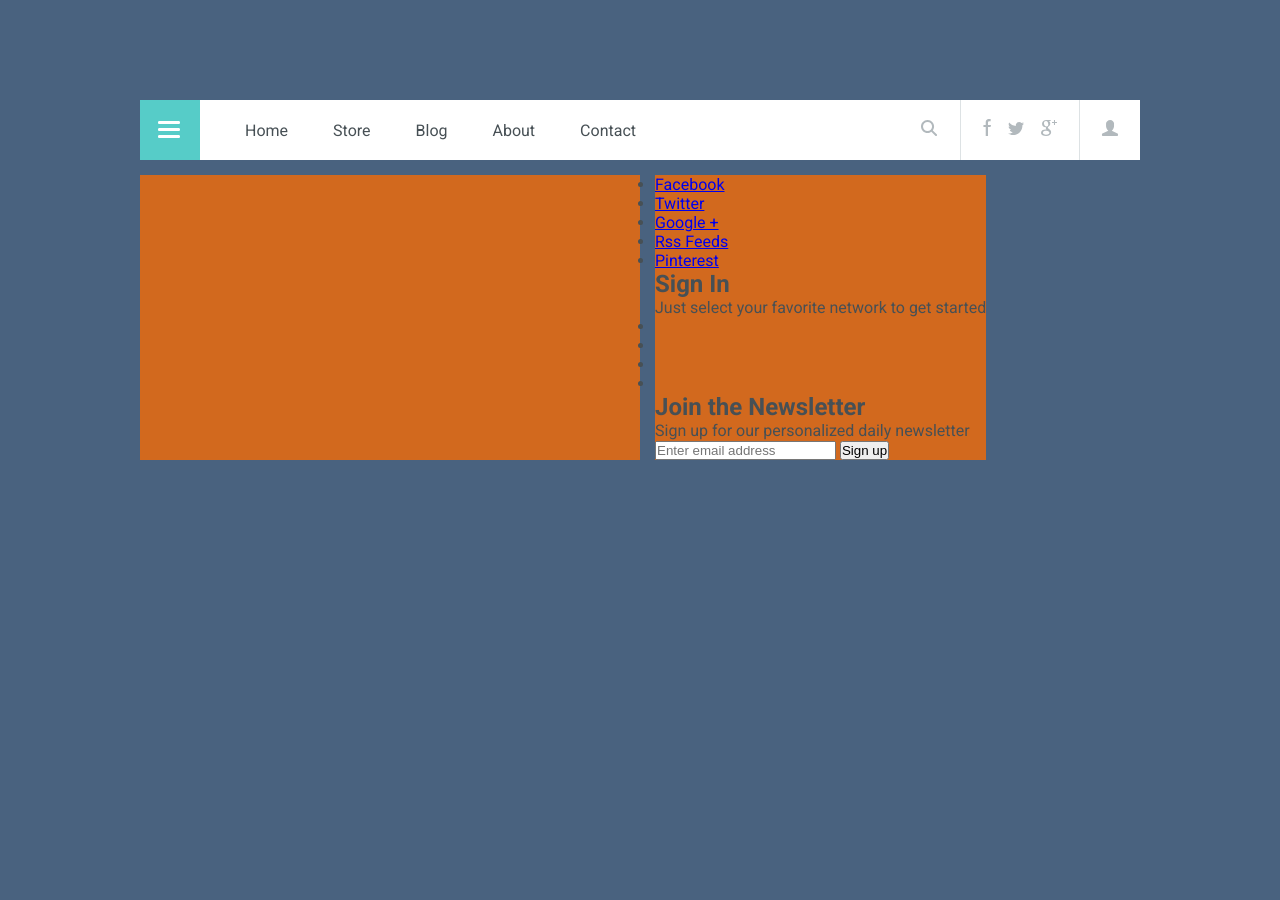
Repository: pawelczubak/WeeklyWebDevChallenge
Page: Challenge_4/index.html
An editor plug-in stored every save of this project. The page is shown before and after the next save, followed by the edit.
The browser window is 1280 px wide. The pictures show the whole page.
Some web libraries are served in a nearby version.

Above is the page before, as saved 2020-04-27 19:42:31.

### Challenge_4/index.html
<!DOCTYPE html>
<html lang="en">

<head>
    <meta charset="UTF-8">
    <meta name="viewport" content="width=device-width, initial-scale=1.0">

    <title>Weekly WebDev Challenge - 4</title>

    <link href="https://fonts.googleapis.com/css2?family=Roboto:wght@300;400;700&display=swap" rel="stylesheet">
    <script src="https://kit.fontawesome.com/f64caa1a2c.js" crossorigin="anonymous"></script>

    <meta name="viewport" content="width = device-width, initial-scale=1, user-scalable=yes">
    <link rel="stylesheet" href="css/main.css">
</head>

<body>
    <div class="container">
        <!--  -----  NAVIGATION START  -----  -->
        <nav class="nav">
            <div class="nav-button">

                <svg xmlns="http://www.w3.org/2000/svg" xmlns:xlink="http://www.w3.org/1999/xlink" width="0.24in"
                    height="0.18in">
                    <path fill-rule="evenodd" fill="rgb(255, 255, 255)"
                        d="M20.653,17.008 L1.347,17.008 C0.603,17.008 -0.000,16.417 -0.000,15.690 L-0.000,15.372 C-0.000,14.644 0.603,14.055 1.347,14.055 L20.653,14.055 C21.397,14.055 22.000,14.644 22.000,15.372 L22.000,15.690 C22.000,16.417 21.397,17.008 20.653,17.008 ZM20.653,9.980 L1.347,9.980 C0.603,9.980 -0.000,9.390 -0.000,8.662 L-0.000,8.344 C-0.000,7.617 0.603,7.027 1.347,7.027 L20.653,7.027 C21.397,7.027 22.000,7.617 22.000,8.344 L22.000,8.662 C22.000,9.390 21.397,9.980 20.653,9.980 ZM20.653,2.952 L1.347,2.952 C0.603,2.952 -0.000,2.362 -0.000,1.635 L-0.000,1.317 C-0.000,0.589 0.603,-0.001 1.347,-0.001 L20.653,-0.001 C21.397,-0.001 22.000,0.589 22.000,1.317 L22.000,1.635 C22.000,2.362 21.397,2.952 20.653,2.952 Z" />
                </svg>

            </div>
            <ul class="nav-list">
                <li class="nav-list__item"><a href="#" class="nav-list__link">Home</a></li>
                <li class="nav-list__item"><a href="#" class="nav-list__link">Store</a></li>
                <li class="nav-list__item"><a href="#" class="nav-list__link">Blog</a></li>
                <li class="nav-list__item"><a href="#" class="nav-list__link">About</a></li>
                <li class="nav-list__item"><a href="#" class="nav-list__link">Contact</a></li>
            </ul>
            <div class="nav-icons">
                <div class="nav-icons__search">
                    <a href="#" class="nav-link__icon">
                        <svg xmlns="http://www.w3.org/2000/svg" xmlns:xlink="http://www.w3.org/1999/xlink"
                            width="0.18in" height="0.17in">
                            <path class="nav-icons__svg" fill-rule="evenodd" fill="rgb(178, 185, 189)"
                                d="M15.728,14.309 L11.786,10.388 C12.600,9.303 13.088,7.963 13.088,6.504 C13.088,2.908 10.157,-0.006 6.541,-0.006 C2.926,-0.006 -0.005,2.908 -0.005,6.504 C-0.005,10.100 2.926,13.014 6.541,13.014 C7.963,13.014 9.275,12.558 10.349,11.793 L14.304,15.726 C14.697,16.117 15.335,16.117 15.728,15.726 C16.121,15.335 16.121,14.700 15.728,14.309 ZM6.541,11.011 C4.038,11.011 2.009,8.994 2.009,6.504 C2.009,4.015 4.038,1.996 6.541,1.996 C9.044,1.996 11.073,4.015 11.073,6.504 C11.073,8.994 9.044,11.011 6.541,11.011 Z" />
                        </svg>
                    </a>
                </div>
                <ul class="nav-icons__social-list">
                    <li class="nav-icons__social-icons">
                        <a href="#" class="nav-link__icon">
                            <svg xmlns="http://www.w3.org/2000/svg" xmlns:xlink="http://www.w3.org/1999/xlink"
                                width="0.09in" height="0.18in">
                                <path class="nav-icons__svg" fill-rule="evenodd" fill="rgb(178, 185, 189)"
                                    d="M7.672,0.063 L6.069,0.063 C6.069,0.063 2.724,-0.188 2.724,3.338 C2.724,4.092 2.724,6.011 2.724,6.011 L0.453,6.011 L0.459,7.910 L2.723,7.910 L2.725,17.002 L5.000,17.002 L5.000,7.910 L7.507,7.910 L8.042,6.011 L5.013,6.011 L5.013,3.266 C5.013,3.266 4.988,2.341 6.072,2.341 L7.662,2.341 L7.672,0.063 Z" />
                            </svg>
                        </a>
                    </li>
                    <li class="nav-icons__social-icons">
                        <a href="#" class="nav-link__icon">
                            <svg xmlns="http://www.w3.org/2000/svg" xmlns:xlink="http://www.w3.org/1999/xlink"
                                width="0.17in" height="0.14in">
                                <path class="nav-icons__svg" fill-rule="evenodd" fill="rgb(178, 185, 189)"
                                    d="M16.027,1.547 C15.437,1.809 14.803,1.985 14.138,2.065 C14.817,1.659 15.338,1.015 15.584,0.250 C14.949,0.625 14.245,0.898 13.497,1.046 C12.897,0.408 12.043,0.009 11.097,0.009 C9.282,0.009 7.810,1.478 7.810,3.291 C7.810,3.547 7.839,3.799 7.895,4.039 C5.163,3.901 2.741,2.595 1.119,0.611 C0.837,1.095 0.674,1.658 0.674,2.259 C0.674,3.398 1.255,4.402 2.137,4.990 C1.598,4.974 1.091,4.825 0.648,4.579 C0.647,4.593 0.647,4.606 0.647,4.621 C0.647,6.211 1.781,7.537 3.285,7.838 C3.009,7.913 2.718,7.953 2.418,7.953 C2.207,7.953 2.000,7.933 1.800,7.894 C2.218,9.198 3.432,10.147 4.871,10.172 C3.746,11.053 2.328,11.578 0.788,11.578 C0.523,11.578 0.261,11.562 0.004,11.531 C1.459,12.462 3.187,13.006 5.043,13.006 C11.089,13.006 14.395,8.006 14.395,3.671 C14.395,3.529 14.393,3.387 14.387,3.246 C15.029,2.783 15.586,2.206 16.027,1.547 Z" />
                            </svg>
                        </a>
                    </li>
                    <li class="nav-icons__social-icons">
                        <a href="#" class="nav-link__icon">
                            <svg xmlns="http://www.w3.org/2000/svg" xmlns:xlink="http://www.w3.org/1999/xlink"
                                width="0.18in" height="0.18in">
                                <path class="nav-icons__svg" fill-rule="evenodd" fill="rgb(178, 185, 189)"
                                    d="M15.006,4.015 L15.006,5.999 L13.966,5.999 L13.966,4.015 L11.997,4.015 L11.997,3.013 L13.966,3.013 L13.966,0.971 L15.006,0.971 L15.006,3.013 L17.010,3.013 L17.010,4.015 L15.006,4.015 ZM8.900,2.055 C9.780,2.557 10.247,3.589 10.247,4.730 C10.247,5.777 9.666,6.620 8.845,7.259 C8.043,7.884 7.891,8.145 7.891,8.676 C7.891,9.129 8.849,9.803 9.290,10.132 C10.823,11.279 11.112,12.000 11.134,13.433 C11.162,15.338 9.199,17.001 6.054,17.001 C3.294,17.001 0.982,15.749 0.982,13.959 C0.982,11.258 2.897,10.385 5.657,10.385 C5.958,10.385 6.233,10.377 6.518,10.377 C6.141,10.013 5.836,9.697 5.836,9.144 C5.836,8.815 5.940,8.501 6.087,8.221 C5.938,8.231 5.785,8.241 5.627,8.241 C3.360,8.241 2.041,6.653 2.041,4.664 C2.041,2.715 4.050,0.969 6.459,0.969 C7.701,0.969 11.208,0.969 11.208,0.969 L10.147,2.055 L8.900,2.055 ZM6.121,11.642 C4.364,11.642 2.912,12.300 2.912,13.538 C2.912,14.799 4.207,15.828 5.999,15.828 C8.520,15.828 9.398,14.865 9.398,13.601 C9.398,13.449 9.394,13.295 9.341,13.156 C8.733,11.642 6.774,11.642 6.121,11.642 ZM8.249,4.923 C8.040,3.342 7.249,2.152 6.035,2.115 C4.820,2.079 3.755,3.182 3.966,4.764 C4.175,6.348 5.330,7.409 6.545,7.446 C7.760,7.481 8.458,6.507 8.249,4.923 Z" />
                            </svg>
                        </a>
                    </li>
                </ul>
                <div class="nav-icons__acount">
                    <a href="#" class="nav-link__icon">
                        <svg xmlns="http://www.w3.org/2000/svg" xmlns:xlink="http://www.w3.org/1999/xlink"
                            width="0.182in" height="0.18in">
                            <path class="nav-icons__svg" fill-rule="evenodd" fill="rgb(178, 185, 189)"
                                d="M15.993,17.030 L1.963,17.030 C1.394,17.030 0.932,16.569 0.932,15.999 L0.932,15.405 C0.932,14.535 1.963,14.374 1.963,14.374 L7.322,11.719 C5.880,10.561 5.056,8.283 5.056,7.156 L5.056,4.578 C5.056,2.871 6.903,0.969 9.181,0.969 C11.459,0.969 13.024,2.871 13.024,4.578 L13.024,7.156 C13.024,8.394 12.208,10.604 10.779,11.729 L15.993,14.374 C15.993,14.374 17.024,14.551 17.024,15.405 L17.024,15.999 C17.024,16.569 16.562,17.030 15.993,17.030 Z" />
                        </svg>
                    </a>
                </div>
            </div>
        </nav>

        <!--  -----  NAVIGATION END  -----  -->

        <!--  -----  MAIN START  -----  -->
        <main class="main">
            <!--  -----  MENU SECTION START  -----  -->
            <section class="menu-section"></section>
            <!--  -----  MENU SECTION END  -----  -->

            <!--  -----  SOCIAL SECTION START  -----  -->
            <section class="social-section">
                <article class="social-section__socials-container">
                    <ul class="socials-container__socials-list">
                        <li class="socials-container__socials-items">
                            <a href="#" class="socials-container__socials-link">Facebook</a>
                        </li>
                        <li class="socials-container__socials-items">
                            <a href="#" class="socials-container__socials-link">Twitter</a>
                        </li>
                        <li class="socials-container__socials-items">
                            <a href="#" class="socials-container__socials-link">Google +</a>
                        </li>
                        <li class="socials-container__socials-items">
                            <a href="#" class="socials-container__socials-link">Rss Feeds</a>
                        </li>
                        <li class="socials-container__socials-items">
                            <a href="#" class="socials-container__socials-link">Pinterest</a>
                        </li>
                    </ul>
                    <div class="socials-container__follow-items">
                        <div class="socials-container__facebook-widget"></div>
                        <div class="socials-container__twitter-widget"></div>
                    </div>
                </article>
                <article class="social-section__sign-in">
                    <h2 class="socials-container__header">Sign In</h2>
                    <p class="sign-in__paragraph">Just select your favorite network to get started</p>
                    <ul class="sign-in__list">
                        <li class="sign-in__item"><a href="#" class="sign-in__link"></a></li>
                        <li class="sign-in__item"><a href="#" class="sign-in__link"></a></li>
                        <li class="sign-in__item"><a href="#" class="sign-in__link"></a></li>
                        <li class="sign-in__item"><a href="#" class="sign-in__link"></a></li>
                    </ul>
                </article>
                <article class="social-section__newsletter">
                    <h2 class="socials-container__header">Join the Newsletter</h2>
                    <p class="newsletter__paragraph">Sign up for our personalized daily newsletter</p>
                    <form action="GET" class="newsletter__form">
                        <input placeholder="Enter email address" type="email" name="email" required
                            class="newsletter__input" autocomplete="off" />
                        <button class="newsletter__button" formenctype="multipart/form-data" type="submit">Sign
                            up</button>
                    </form>
                </article>
            </section>
            <!--  -----  SOCIAL SECTION END  -----  -->
        </main>
        <!--  -----  MAIN END  -----  -->


    </div>

    <script src="js/main.js" type="text/javascript"></script>
</body>

</html>

### Challenge_4/css/main.css
*,
*::after,
*::before {
    box-sizing: border-box;
    margin: 0;
    padding: 0;
}

/*------------------  GLOBAL START  ------------------*/
body {
    margin: 0;
    padding: 0;
    font: 16px 'Roboto', sans-serif;
    color: #475055;
    background-color: #49627f;
}

.container {
    max-width: 1000px;
    min-height: 700px;
    margin: 100px auto;
    overflow: hidden;
}

/*------------------  GLOBAL END  ------------------*/
/*------------------  NAV START  ------------------*/
.nav {
    position: relative;
    display: flex;
    justify-content: left;
    width: 100%;
    height: 60px;
    background-color: #ffffff;
    margin-bottom: 15px;
}

.nav-button {
    display: flex;
    align-items: center;
    justify-content: center;
    background-color: #56ccc8;
    width: 60px;
    cursor: pointer;
    pointer-events: none;
}

.nav-button:hover {
    background-color: #56ddd8;
}

.nav-list {
    display: flex;
    list-style: none;

}

.nav-list__item {
    padding-left: 45px;
    display: flex;
    align-items: center
}

.nav-list__link {
    text-decoration: none;
    color: #475055;
}

.nav-list__link:hover {
    color: #56ccc8;
}

.nav-icons {
    display: flex;
    align-items: center;
    margin-left: auto;
}

.nav-icons__search {
    width: 60px;
    display: flex;
    justify-content: center;
}

.nav-link__icon {}

.nav-icons__social-list {
    position: relative;
    display: flex;
    height: 100%;
    justify-content: space-around;
    align-items: center;
    width: 120px;
    padding: 0 15px;
}

.nav-icons__social-list::before,
.nav-icons__social-list::after {
    position: absolute;
    content: '';
    top: 0;
    height: 100%;
    width: 1px;
    background-color: #dde2e4;
}

.nav-icons__social-list::after {
    left: 0;
}

.nav-icons__social-list::before {
    right: 0;
}

.nav-icons__social-icons {
    list-style: none;
}

.nav-icons__acount {
    width: 60px;
    display: flex;
    justify-content: center;
}

.nav-link__icon:hover .nav-icons__svg {
    fill: #152840;
}

/*------------------  NAV END  ------------------*/
/*------------------  MAIN START  ------------------*/
.main {
    display: flex;
    width: 100%;
}

/*------------------  MENU SECTION START  ------------------*/
.menu-section {
    width: 50%;
    /*    !!!!!!!!!!  ONLY FOR TEST !!!!!! */
    min-heignt: 500px;
    background-color: chocolate;
}

/*------------------  MENU SECTION END  ------------------*/
/*------------------  SOCIAL SECTION START  ------------------*/
.social-section {
    margin-left: 15px;
    background-color: chocolate;

}

.social-section__socials-container {
    display: flex;
}


/*------------------  SOCIAL SECTION END  ------------------*/

/*------------------  MAIN END  ------------------*/

/*------------------  MEDIAQUERY START  ------------------*/

@media screen and (max-width: 1024px) {
    .container {
        max-width: 95%;
    }
}

@media screen and (max-width: 800px) {
    .container {
        margin: 15px auto;
    }

    /*------------------  NAV START  ------------------*/
    .nav-button {
        pointer-events: all;
    }

    .nav-list {
        position: absolute;
        flex-direction: column;
        background-color: #ffffff;
        width: 50%;
        top: 60px;
        left: 0;
        height: 500px;
        justify-content: space-around;
        align-items: center;
        transform: translateX(-101%);
        transition: all 0.2s ease-in;
    }

    .nav-list__item {
        opacity: 0;
        padding: 0;
    }

    /*------------------  NAV END  ------------------*/
}

.nav-list--active {
    transform: translateX(0%);
}

/*------------------  MEDIAQUERY END  ------------------*/

/*------------------  ANIMATIONS  ------------------*/
@keyframes navLinkFade {
    from {
        opacity: 0;
        transform: translateX(-50px);
    }

    to {
        opacity: 1;
        transform: translateX(0px);
    }
}

### Challenge_4/js/main.js
const navSlide = () => {
    const burger = document.querySelector('.nav-button');
    const nav = document.querySelector('.nav-list');
    const navLinks = document.querySelectorAll('.nav-list__item');



    burger.addEventListener('click', () => {
        //Toggle nav
        nav.classList.toggle('nav-list--active');

        //Animate links
        navLinks.forEach((link, index) => {
            if (link.style.animation) {
                link.style.animation = ''
            } else {
                link.style.animation = `navLinkFade 0.5s ease forwards ${index / 7 + 0.2}s`;
            }

        });
    });


}

navSlide();

After the next save:
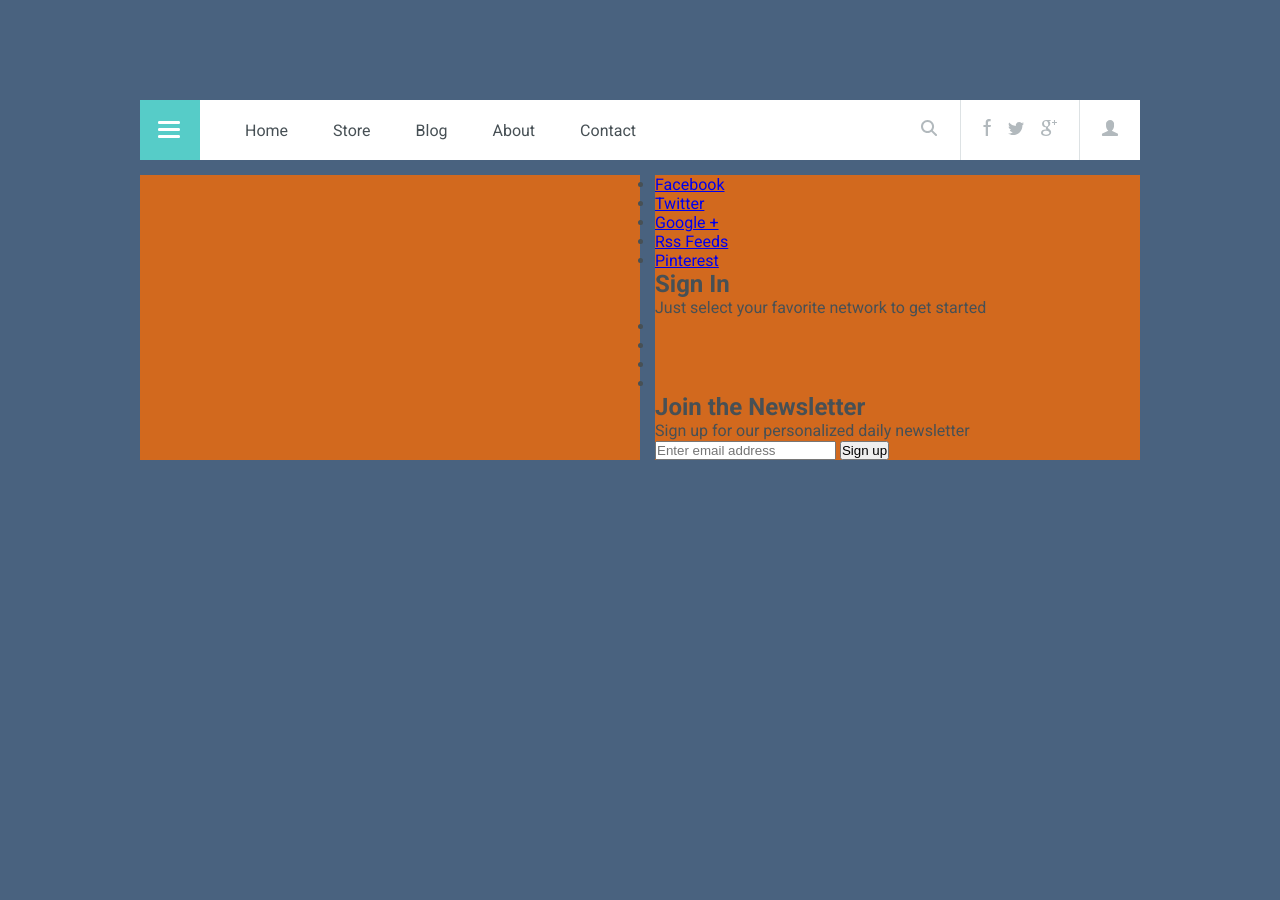
Saved 3 min 33 s later.
--- a/Challenge_4/css/main.css
+++ b/Challenge_4/css/main.css
@@ -144,6 +144,8 @@ body {
 /*------------------  SOCIAL SECTION START  ------------------*/
 .social-section {
     margin-left: 15px;
+    width: calc(50% - 15px);
+
     background-color: chocolate;
 
 }
